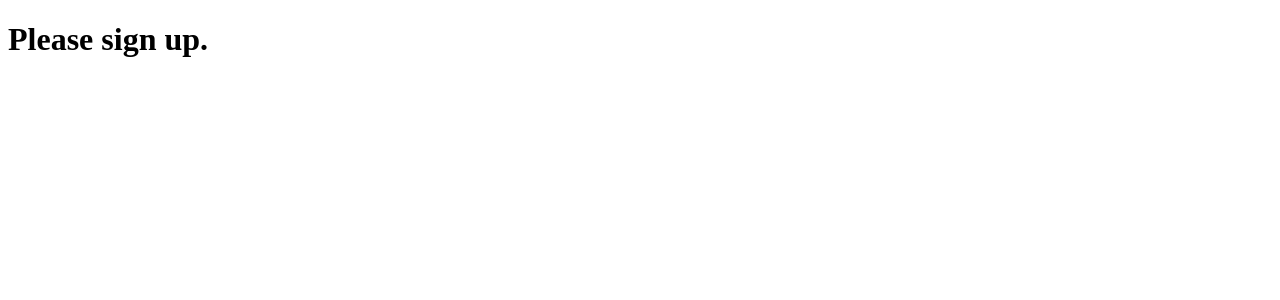
Repository: glgeorgiou/100-days-of-code-projects
Page: Front End Libraries Certification/4.React/react-test.html
The author's editor kept a copy of each file at every save. The page is drawn from the files as they stood at one save, then again after the next save.
The browser window is 1280 px wide. The pictures show the whole page.
Some web libraries are served in a nearby version.

Above is the page before, as saved 2019-06-10 13:44:32.

After the next save:
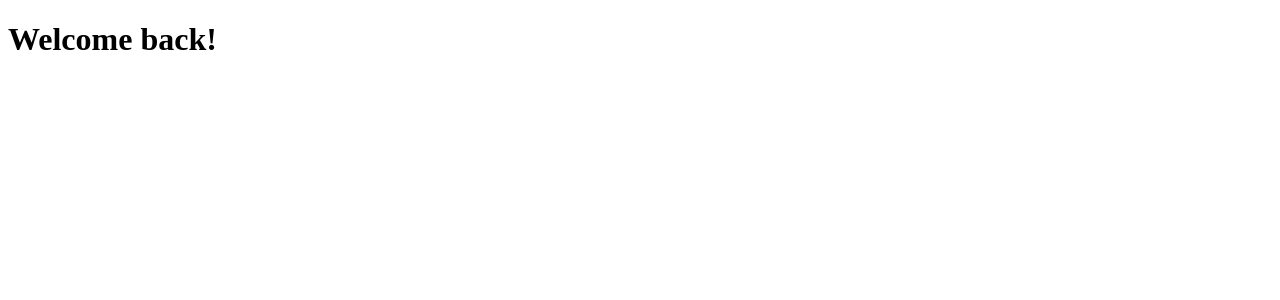
Saved 17 s later.
--- a/Front End Libraries Certification/4.React/react-test.html
+++ b/Front End Libraries Certification/4.React/react-test.html
@@ -35,7 +35,7 @@
 
         ReactDOM.render(
           // Try changing to isLoggedIn={true}:
-          <Greeting isLoggedIn={false} />,
+          <Greeting isLoggedIn={true} />,
           document.getElementById('root')
         );
 

After the save that followed:
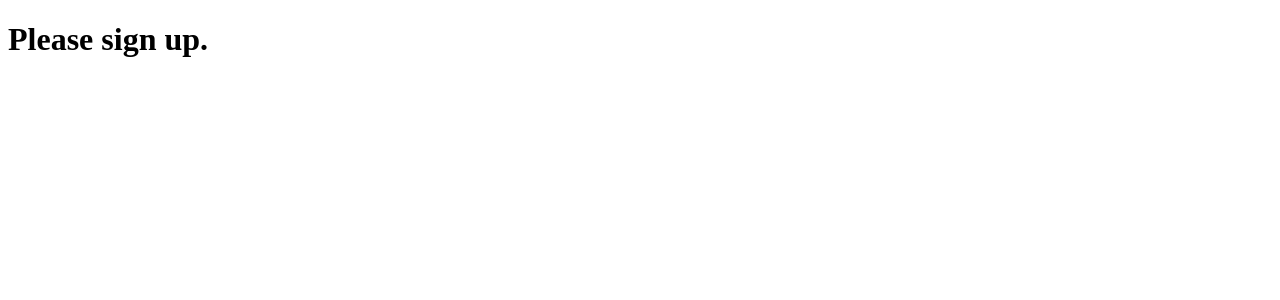
Saved 6 s later.
--- a/Front End Libraries Certification/4.React/react-test.html
+++ b/Front End Libraries Certification/4.React/react-test.html
@@ -35,7 +35,7 @@
 
         ReactDOM.render(
           // Try changing to isLoggedIn={true}:
-          <Greeting isLoggedIn={true} />,
+          <Greeting isLoggedIn={false} />,
           document.getElementById('root')
         );
 
